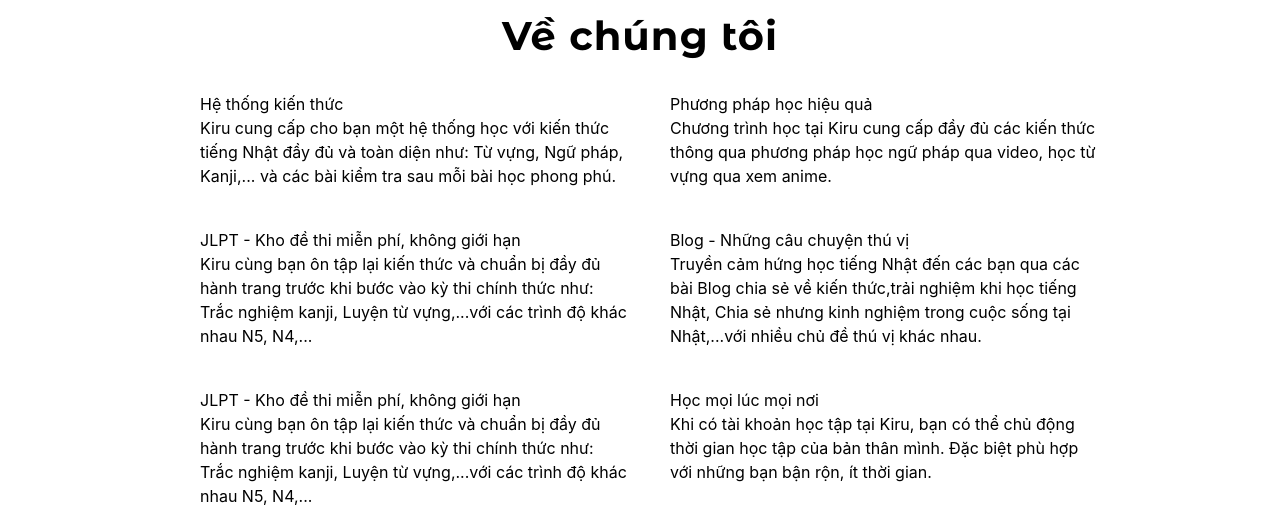
Repository: Quynhhuong150322/Kiru_Website-hoc-tieng-Nhat
Page: /
The author's editor kept a copy of each file at every save. The page is drawn from the files as they stood at one save, then again after the next save.
The browser window is 1280 px wide. The pictures show the part of the page from y = 820 to 1344 px (the page is 1328 px tall before and 1344 px after).
The project was rebuilt for these pictures with package versions that can differ from the ones it lists, and the page was loaded fresh each time.

Above is the page before, as saved 2023-08-13 16:46:57.

### public/index.html
<!DOCTYPE html>
<html lang="en">
  <head>
    <meta charset="utf-8" />
    <link rel="icon" href="%PUBLIC_URL%/favicon.ico" />
    <meta name="viewport" content="width=device-width, initial-scale=1" />
    <meta name="theme-color" content="#000000" />
    <meta
      name="description"
      content="Web site created using create-react-app"
    />
    <link rel="apple-touch-icon" href="%PUBLIC_URL%/logo192.png" />
    <!--
      manifest.json provides metadata used when your web app is installed on a
      user's mobile device or desktop. See https://developers.google.com/web/fundamentals/web-app-manifest/
    -->
    <link rel="manifest" href="%PUBLIC_URL%/manifest.json" />
    <!--
      Notice the use of %PUBLIC_URL% in the tags above.
      It will be replaced with the URL of the `public` folder during the build.
      Only files inside the `public` folder can be referenced from the HTML.

      Unlike "/favicon.ico" or "favicon.ico", "%PUBLIC_URL%/favicon.ico" will
      work correctly both with client-side routing and a non-root public URL.
      Learn how to configure a non-root public URL by running `npm run build`.
    -->
    <title>Kiru web</title>
  </head>
  <body>
    <noscript>You need to enable JavaScript to run this app.</noscript>
    <div id="root"></div>
    <!--
      This HTML file is a template.
      If you open it directly in the browser, you will see an empty page.

      You can add webfonts, meta tags, or analytics to this file.
      The build step will place the bundled scripts into the <body> tag.

      To begin the development, run `npm start` or `yarn start`.
      To create a production bundle, use `npm run build` or `yarn build`.
    -->
  </body>
</html>

### src/index.js
import React from 'react';
import ReactDOM from 'react-dom/client';
import './index.css';
import App from './App';
import reportWebVitals from './reportWebVitals';
import { BrowserRouter} from "react-router-dom";


const root = ReactDOM.createRoot(document.getElementById('root'));
root.render(
  <React.StrictMode>
    <BrowserRouter>
      <App />
    </BrowserRouter>
  </React.StrictMode>
);

// If you want to start measuring performance in your app, pass a function
// to log results (for example: reportWebVitals(console.log))
// or send to an analytics endpoint. Learn more: https://bit.ly/CRA-vitals
reportWebVitals();

### src/App.js
import './App.css';
import HeaderBefor from "./component/HeaderBefor";
// import MyRoutes from './route/MyRoutes';
import GioiThieu from "./component/Gioi_thieu"

function App() {
  return (
    <div className = "bg-white">
      {/* <MyRoutes></MyRoutes> */}
      <HeaderBefor></HeaderBefor>
      <GioiThieu></GioiThieu>
    </div>
  );
}

export default App;

### src/App.css
.App {
  text-align: center;
}

.App-logo {
  height: 40vmin;
  pointer-events: none;
}

@media (prefers-reduced-motion: no-preference) {
  .App-logo {
    animation: App-logo-spin infinite 20s linear;
  }
}

.App-header {
  background-color: #282c34;
  min-height: 100vh;
  display: flex;
  flex-direction: column;
  align-items: center;
  justify-content: center;
  font-size: calc(10px + 2vmin);
  color: white;
}

.App-link {
  color: #61dafb;
}

@keyframes App-logo-spin {
  from {
    transform: rotate(0deg);
  }
  to {
    transform: rotate(360deg);
  }
}

@font-face {
  font-family: Japanese;
  src: url(./font/Japanese\ 3017.ttf);
}

@font-face {
  font-family: InterBold;
  src: url(./font/Inter-Bold.ttf);
}

@font-face {
  font-family: InterRegular;
  src: url(./font/Inter-Regular.ttf);
}

@font-face {
  font-family: Montserrat;
  src: url(./font/MontserratAlternates-Bold.otf);
}

### src/component/HeaderBefor.js
import React from "react";
import logo from "../image/logo.png"
import { Link } from "react-router-dom";

const Header = () => {
    return (
        <div className = "bg-white top-0 h-[70px] ">
            <div class="flex justify-between items-center p-1">
                <Link to = "/">
                    <div className="flex flex-row items-center gap-5 pl-[50px] justify-center">
                        <img
                            className="h-[55px] w-55px] rounded-full "
                            src = {logo}
                            alt = "logo"
                        />
                        <div className="font-japanese text-[40px] font-bold">Kiru</div>
                    </div>
                </Link>
                <div className=""></div>
                    <ul className="flex space-x-4 justify-start gap-10 font-interBold text-[17px] pr-28 ">
                        <li className="hover:text-yellow-500">
                            <Link to = "/GioiThieu">Giới Thiệu</Link>
                        </li>
                        <li className="hover:text-yellow-500">
                            <Link to = "/LienHe">Liên hệ</Link>
                        </li>
                        <li className="hover:text-yellow-500">
                            <Link to = "/KhoaHocBefor">Khoá học</Link>
                        </li>
                        <li className="hover:text-yellow-500">
                            <Link to = "/FAQs">FAQs</Link>
                        </li>
                    </ul>
                <div className="pr-[50px] flex items-center ">
                    <ul className="flex space-x-4 justify-start gap-1 font-interBold text-[17px] items-center">
                        <li>
                            <button
                                type="button"
                                className="w-[117px] h-10 rounded-[20px] hover:border-2 border-amber-500 hover:text-sky-500">
                                Đăng nhập
                            </button>
                        </li>
                        <li>
                            <button
                                type="button"
                                className = "w-28 h-10 rounded-[20px] text-white bg-gradient-to-r from-amber-300  to-orange-500 hover:border-2 border-amber-700 hover:text-sky-500">
                                Đăng ký
                            </button>
                        </li>
                    </ul>
                </div>
            </div>

        </div>
    );
};
export default Header;

### src/component/Gioi_thieu.js
import React from "react";
import Photo from "../image/photo1.jpeg";
import {IoHomeOutline} from "react-icons/io5";

const GioiThieu = () => {
    return (
        <div class="">
            <div
                className="bg-[url('/Users/quynhhuong/kiru_web/src/image/bg.png')] bg-no-repeat bg-[length:750px_750px] h-[750px] "
                // src = {Bg}
                alt = "Bg" >
                <div className="flex gap-[50px]">
                    <div className="pl-[200px] flex-initial w-[800px]">
                        <div className="font-inter font-bold tracking-wide text-2xl subpixel-antialiased leading-[4.5rem]  pt-[130px]">
                            <div className="">Tiếng Nhật khó</div>
                            <div className="">Đã có Kiru lo</div>
                        </div>
                        <div className="font-inter font-bold text-xl pt-[50px] text-slate-500">Website học tiếng Nhật tuyến Kiru hoàn toàn miễn phí tích hợp đầy đủ các kiến thức, kỹ năng thông qua các video bài giảng và bài tập giúp các bạn dễ dàng chinh phục tiếng Nhật một cách dễ dàng.</div>
                        <div className="pt-10">
                            <button
                                type="button"
                                className = "w-[300px] h-[70px] rounded-[40px] text-white bg-gradient-to-r from-amber-300  to-orange-500 hover:border-2 border-amber-700 hover:text-sky-500 font-interBold text-[25px] items-center">
                                Tham gia ngay
                            </button>
                        </div>
                    </div>
                    <div className="pt-[180px] ">
                        <img
                            className="h-[400px] w-[700px] rounded-l-[20px] shadow-[0_40px_70px_-15px_rgba(0,0,0,0.8)]"
                            src = {Photo}
                            alt = "Photo1"
                        />
                    </div>
                </div>
            </div>
            <div className="">
                <div className="font-montserrat font-bold tracking-wide text-[40px] subpixel-antialiased leading-[4.5rem] text-center">Về chúng tôi</div>
                <div className="pl-[200px]">
                    <div className="grid grid-cols-2 gap-10 flex-initial w-[900px] pt-5">
                        <div className="">
                            <div className="">
                                <div className="">

                                </div>
                                <p className="">Hệ thống kiến thức</p>
                            </div>
                            <div className="">Kiru cung cấp cho bạn một hệ thống học với kiến thức tiếng Nhật đầy đủ và toàn diện như: Từ vựng, Ngữ pháp, Kanji,... và các bài kiểm tra sau mỗi bài học phong phú.</div>
                        </div>
                        <div className="">
                            <div className="">
                                <p className="">Phương pháp học  hiệu quả</p>
                            </div>
                            <div className="">Chương trình học tại Kiru cung cấp đầy đủ các kiến thức thông qua phương pháp học ngữ pháp qua video, học từ vựng qua xem anime.</div>
                        </div>
                        <div className="">
                            <div className="">
                                <p className="">JLPT - Kho đề thi miễn phí,
không giới hạn </p>
                            </div>
                            <div className="">Kiru cùng bạn ôn tập lại kiến thức và chuẩn bị đầy đủ hành trang trước khi bước vào kỳ thi chính thức như: Trắc nghiệm kanji, Luyện từ vựng,...với các trình độ khác nhau N5, N4,... </div>
                        </div>
                        <div className="">
                            <div className="">
                                <p className="">Blog - Những câu chuyện thú vị </p>
                            </div>
                            <div className="">Truyền cảm hứng học tiếng Nhật đến các bạn qua các bài Blog chia sẻ về kiến thức,trải nghiệm khi học tiếng Nhật, Chia sẻ nhưng kinh nghiệm trong cuộc sống tại Nhật,...với nhiều chủ đề thú vị khác nhau. </div>
                        </div>
                        <div className="">
                            <div className="">
                                <p className="">JLPT - Kho đề thi miễn phí,
không giới hạn </p>
                            </div>
                            <div className="">Kiru cùng bạn ôn tập lại kiến thức và chuẩn bị đầy đủ hành trang trước khi bước vào kỳ thi chính thức như: Trắc nghiệm kanji, Luyện từ vựng,...với các trình độ khác nhau N5, N4,... </div>
                        </div>
                        <div className="">
                            <div className="">
                                <p className="">Học mọi lúc mọi nơi</p>
                            </div>
                            <div className="">Khi có tài khoản học tập tại Kiru, bạn có thể chủ động thời gian học tập của bản thân mình. Đặc biệt phù hợp với những bạn bận rộn, ít thời gian.</div>
                        </div>
                    </div>
                </div>
            </div>
        </div>

    );
}
export default GioiThieu;

### tailwind.config.js
/** @type {import('tailwindcss').Config} */
module.exports = {
  content: ["./src/**/*.{html,js}"],
  // plugins: [require("tailwind-scrollbar")],
  theme: {
    extend: {
      fontSize: {
        sm: '9px',
        base: '13px',
        xl: '20px',
        '2xl': '60px',
        '3xl': '80px',
        '4xl': '90px',
        '5xl': '100px',
      }
    },
    screens: {
      'sm': {'min': '400px', 'max': '767px'},
      // => @media (min-width: 640px and max-width: 767px) { ... }

      'md': {'min': '768px', 'max': '1023px'},
      // => @media (min-width: 768px and max-width: 1023px) { ... }

      'lg': {'min': '1024px', 'max': '1279px'},
      // => @media (min-width: 1024px and max-width: 1279px) { ... }

      'xl': {'min': '1280px', 'max': '1535px'},
      // => @media (min-width: 1280px and max-width: 1535px) { ... }

      '2xl': {'min': '1536px'},
      // => @media (min-width: 1536px) { ... }
    },

    fontFamily: {
      japanese: ['"Japanese"'],
      interBold: ['"InterBold"'],
      interRegular: ['"InterRegular"'],
      montserrat: ['"Montserrat"']
    },
  },
  plugins: [],
}

Loaded but not shown: src/index.css (common file); src/reportWebVitals.js (common file)

After the next save:
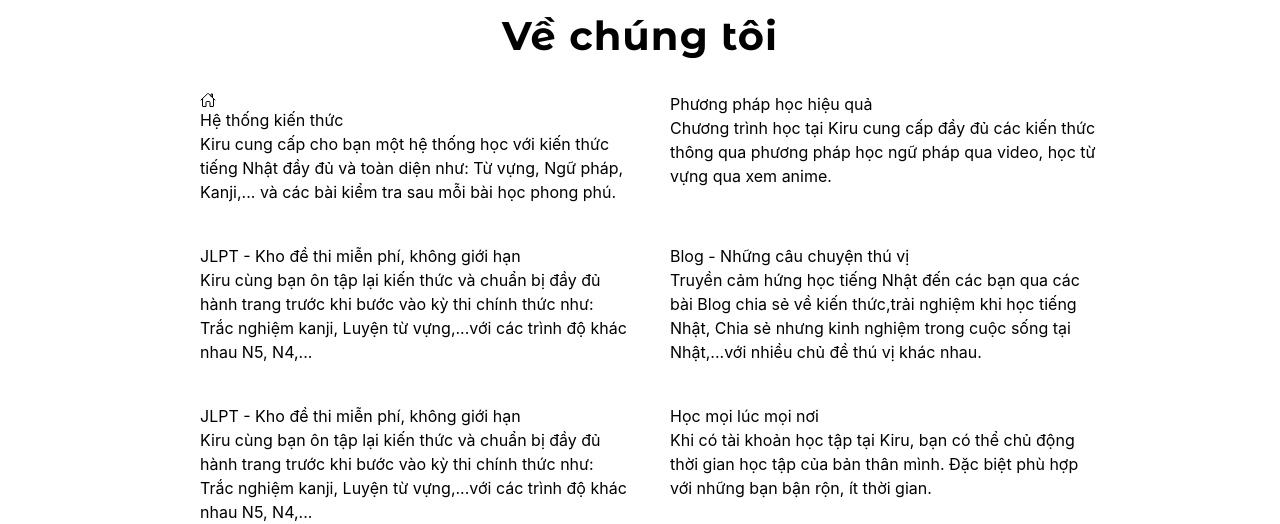
Saved 2 min 33 s later.
--- a/src/component/Gioi_thieu.js
+++ b/src/component/Gioi_thieu.js
@@ -40,7 +40,7 @@
                         <div className="">
                             <div className="">
                                 <div className="">
-
+                                    <IoHomeOutline/>
                                 </div>
                                 <p className="">Hệ thống kiến thức</p>
                             </div>
